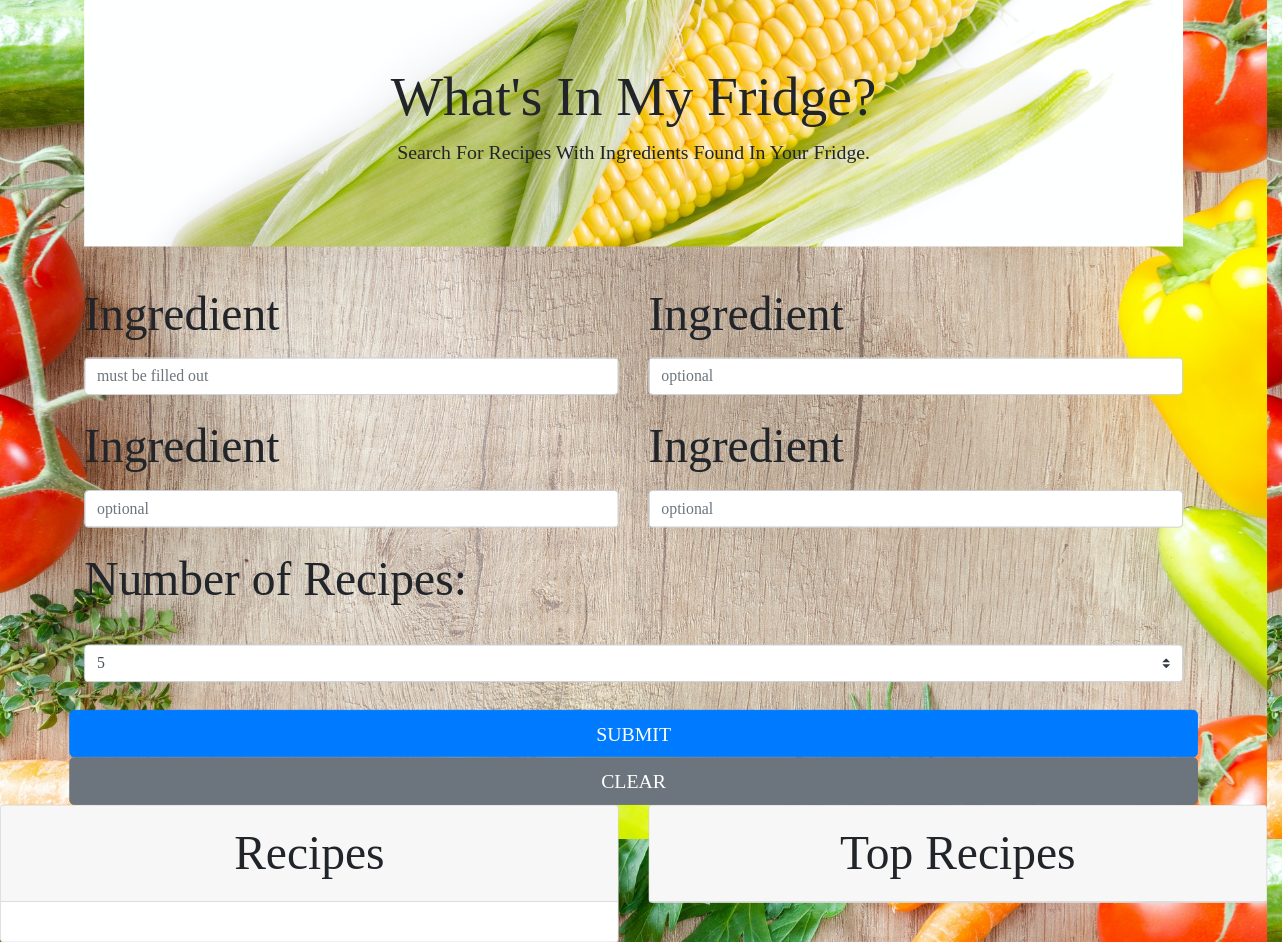
Repository: ogipajic/Recipe_API
Page: index.html
An editor plug-in stored every save of this project. The page is shown before and after the next save, followed by the edit.
The browser window is 1280 px wide. The page is 1295 px wide, so the pictures cover 1295 px, including what lies to the right of the window. The pictures show the whole page, at 99% of full size.
The page's requests for data from a server got no answer. Backgrounds fixed to the window are drawn as part of the page. Some web fonts or font styles are not loaded; a fallback is used.

Above is the page before, as saved 2020-07-12 16:31:56.

### index.html
<!DOCTYPE html>
<html lang="en">
<head>
    <meta charset="UTF-8">
    <meta name="viewport" content="width=device-width, initial-scale=1.0">
    <script
  src="https://code.jquery.com/jquery-3.5.1.min.js"
  integrity="sha256-9/aliU8dGd2tb6OSsuzixeV4y/faTqgFtohetphbbj0="
  crossorigin="anonymous"></script>

  <link rel="stylesheet" href="https://stackpath.bootstrapcdn.com/bootstrap/4.5.0/css/bootstrap.min.css" integrity="sha384-9aIt2nRpC12Uk9gS9baDl411NQApFmC26EwAOH8WgZl5MYYxFfc+NcPb1dKGj7Sk" crossorigin="anonymous">
  <link rel="stylesheet" href="stylesheet.css">
  <link href="https://fonts.googleapis.com/css2?family=Annie+Use+Your+Telescope&family=Lemon&display=swap" rel="stylesheet">

  <title>What's In My Fridge?</title>

  <!-- Fixes issue of text extending past card length-->

  <style>
      .card-body a {
          word-break: break-all;
      }

      .recipeHeadLine {
          line-height: 1.5;
      }
  </style>
</head>
<body>
    <div class="container">
        <div class="jumbotron jumbotron-fluid">
            <div class="img"></div>
            <div class="container">
              <h1 class="display-4">What's In My Fridge?</h1>
              <p class="lead">Search For Recipes With Ingredients Found In Your Fridge.</p>
            </div>
          </div>

     <form>
          <div class="row">
              <div class="col-sm-6">
        <div class="form-group">
          <label for="exampleFormControlInput1">Ingredient</label>
          <input type="text" class="form-control" id="exampleFormControlInput1" placeholder="must be filled out">
        </div>
              </div>
              <div class="col-sm-6">
        <div class="form-group">
            <label for="exampleFormControlInput1">Ingredient</label>
            <input type="text" class="form-control" id="exampleFormControlInput1" placeholder="optional">
          </div>
          </div>
        </div>
        <div class="row">
            <div class="col-sm-6">
          <div class="form-group">
            <label for="exampleFormControlInput1">Ingredient</label>
            <input type="text" class="form-control" id="exampleFormControlInput1" placeholder="optional">
          </div>
        </div>
        <div class="col-sm-6">
          <div class="form-group">
            <label for="exampleFormControlInput1">Ingredient</label>
            <input type="text" class="form-control" id="exampleFormControlInput1" placeholder="optional">
          </div>
          </div>
          </div>
        </div>
      </form>


    <div class="container">
        <div class="form-group">
            <label for="pwd">Number of Recipes:</label>
            <select id="article-count" class="custom-select" aria-labelledby="dropdownMenuButton">
              <option selected value="1">1</option>
              <!-- Setting the option for 5 as default -->
              <option value="5" selected>5</option>
              <option value="10">10</option>
            </select>
          </div>

        <div class="row">
            <!--Using type="submit" allows the user to hit enter as well as click submit-->

            <button type="submit" id="getRecipe" class="btn btn-primary btn-lg btn-block">SUBMIT</button>
            <p id="results"></p>
            <button type="button" id="clearBtn" class="btn btn-secondary btn-lg btn-block">CLEAR</button>
            </div>
        </div>
    </div>

  <div class="row">
    <div class="col-6 recipes-placeholder">
      <section class="row">
        <div class="col-md-12">

          <div class="card">
            <div class="card-header">
              <i class="fa fa-table"></i>Recipes
            </div>

            <article class="card-body" id="recipe-section">
            </article>
          </div>
        </div>
      </section>
    </div>

    <div class="col-6 recipes-placeholder">
      <section class="row">
        <div class="col-md-12">

          <div class="card">
            <div class="card-header">
              <i class="fa fa-table"></i>Top Recipes
            </div>

          </div>
        </div>
      </section>






  </div>


 <script src="script.js"></script>
 <script src="ncscript.js"></script>
 <script src="https://ajax.googleapis.com/ajax/libs/jquery/3.4.1/jquery.min.js"></script>
 <script src="https://code.jquery.com/jquery-3.5.1.slim.min.js" integrity="sha384-DfXdz2htPH0lsSSs5nCTpuj/zy4C+OGpamoFVy38MVBnE+IbbVYUew+OrCXaRkfj" crossorigin="anonymous"></script>
 <script src="https://cdn.jsdelivr.net/npm/popper.js@1.16.0/dist/umd/popper.min.js" integrity="sha384-Q6E9RHvbIyZFJoft+2mJbHaEWldlvI9IOYy5n3zV9zzTtmI3UksdQRVvoxMfooAo" crossorigin="anonymous"></script>
 <script src="https://stackpath.bootstrapcdn.com/bootstrap/4.5.0/js/bootstrap.min.js" integrity="sha384-OgVRvuATP1z7JjHLkuOU7Xw704+h835Lr+6QL9UvYjZE3Ipu6Tp75j7Bh/kR0JKI" crossorigin="anonymous"></script>
</body>
</html>

### stylesheet.css
/* Body font style and font size */
body {
    font-size: 3rem;
    font-family: 'Annie Use Your Telescope', cursive;
    background-image: url(Assets/carrots-food-fresh-freshness-616404.jpg);
    background-position: center center;
    background-repeat: no-repeat;
    background-attachment: fixed;
    background-size: cover;
}

/* Font and image within jumbotron */
.jumbotron {
    text-align: center;
    font-family: 'Annie Use Your Telescope', cursive;
    background: url(Assets/agriculture-bright-cereal-close-up-547263.jpg);
    background-position: center center;
    background-size: cover;
}

/* Search Results Text */
.panel-heading {
    margin-top: 2rem;
    text-align: center;
}

/* Results Area -XXXX */
.panel-body {
    text-align: center;
}

.panel-title {
    font-size: 45px;
}

.card-header {
    text-align: center;
}


  @media screen and (max-width: 768px) {
    .container {
      width:100%;
      margin:0;
      border-radius:0;

    }
  }

### ncscript.js
$(document).ready(function() {
    console.log("Lets Eat!");
});


// Search Parameters

var title = null;
var thumbnailURL = null;
var ingredient = null;
var credits = null;
var measurements = null;

//Functions



var settings = {
	"async": true,
	"crossDomain": true,
	"url": "https://tasty.p.rapidapi.com/recipes/list?tags=under_30_minutes&q=kale&from=0&sizes=20",
	"method": "GET",
	"headers": {
		"x-rapidapi-host": "tasty.p.rapidapi.com",
		"x-rapidapi-key": "ac032b7765msh7b7ea8d251892bbp18630ejsnfccfef5696ae"
	}
}

$.ajax(settings).done(function (response) {
	console.log(response);

	document.getElementById
});

Loaded but not shown: script.js (no stored copy; drawn as an empty file)

After the next save:
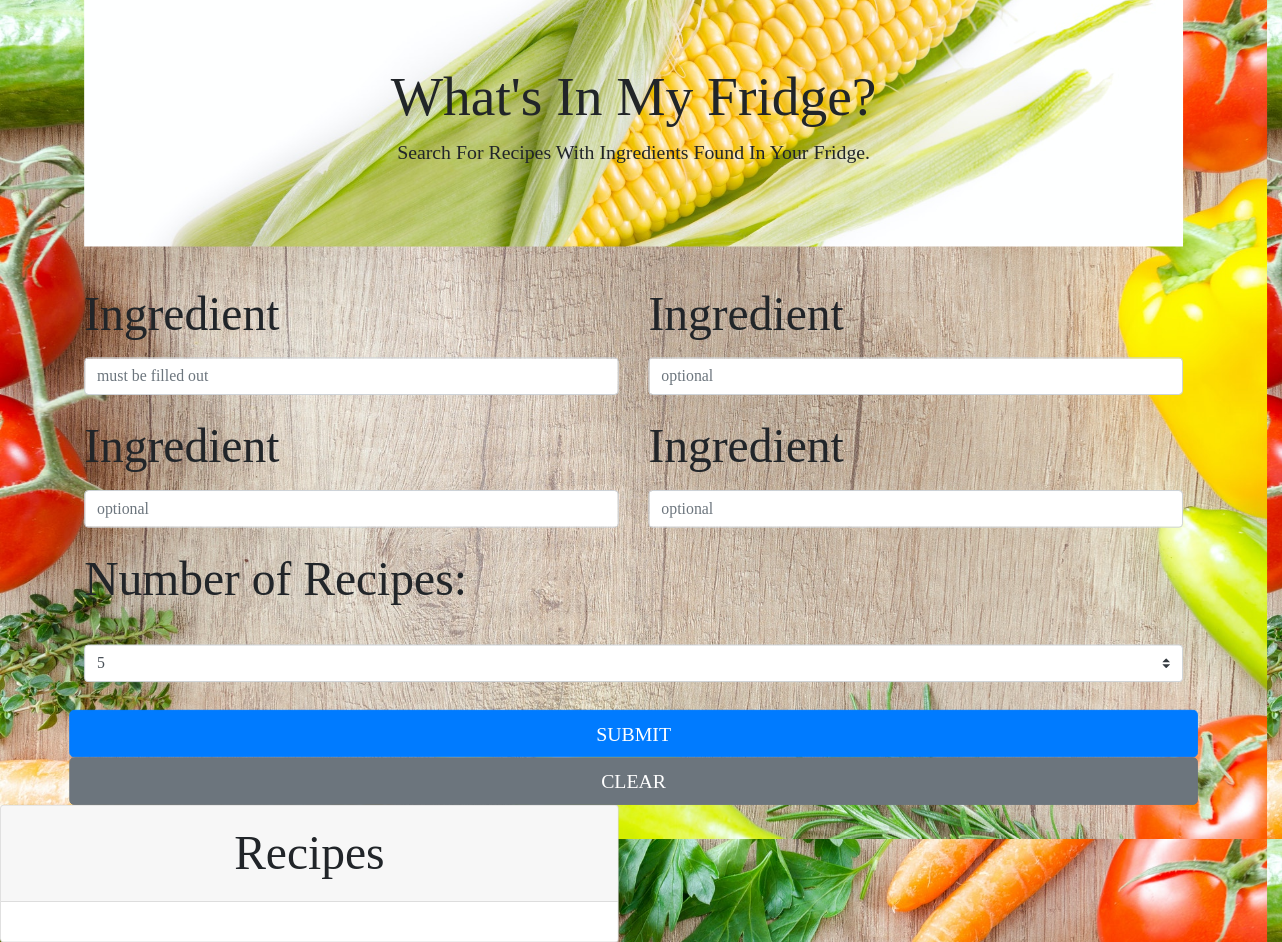
Saved 48 s later.
--- a/index.html
+++ b/index.html
@@ -107,27 +107,6 @@
       </section>
     </div>
 
-    <div class="col-6 recipes-placeholder">
-      <section class="row">
-        <div class="col-md-12">
-
-          <div class="card">
-            <div class="card-header">
-              <i class="fa fa-table"></i>Top Recipes
-            </div>
-
-          </div>
-        </div>
-      </section>
-
-
-
-
-
-
-  </div>
-
-
  <script src="script.js"></script>
  <script src="ncscript.js"></script>
  <script src="https://ajax.googleapis.com/ajax/libs/jquery/3.4.1/jquery.min.js"></script>
